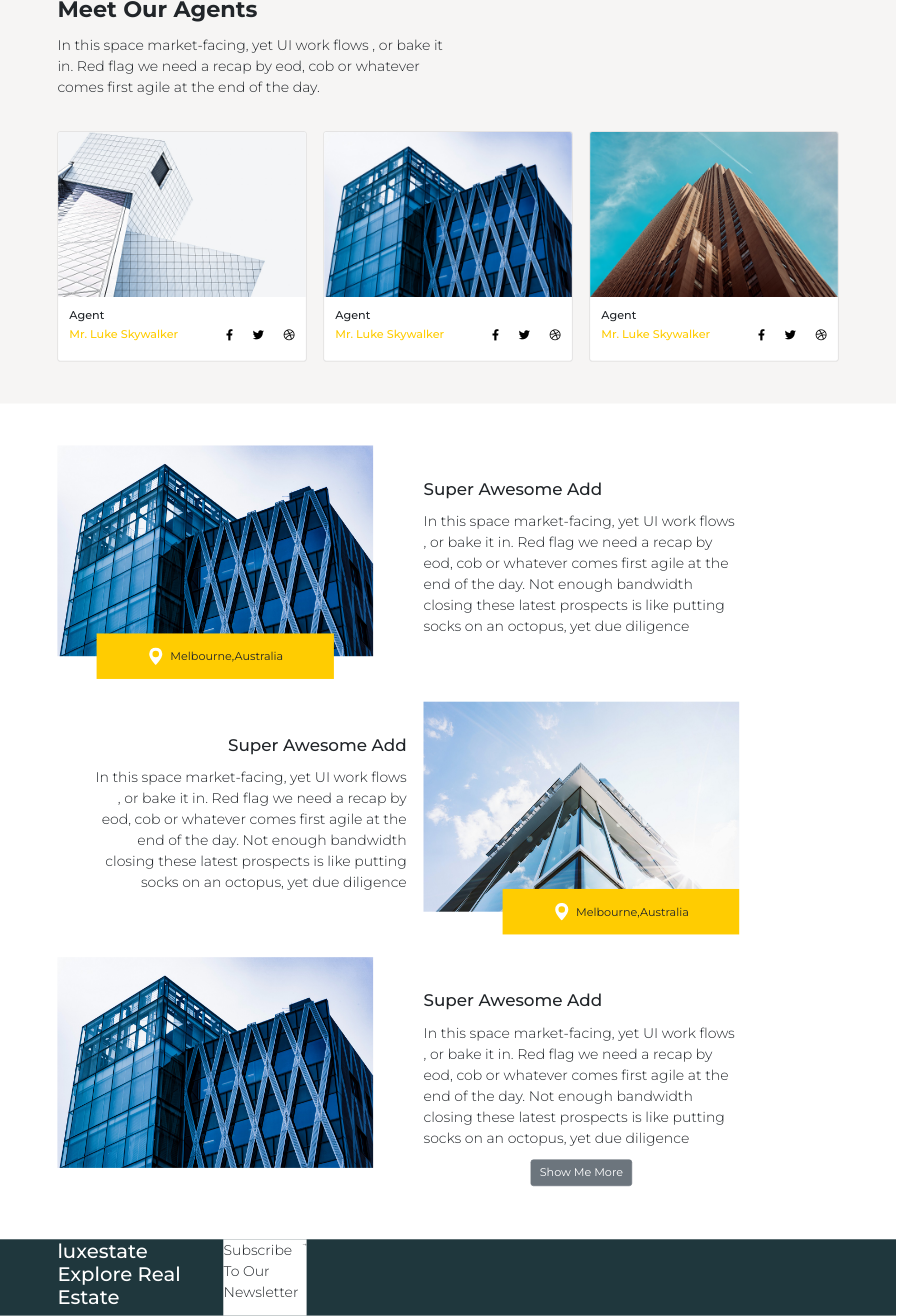
Repository: Toqa-25/luxstate
Page: index.html
These files come from the project's save history. The page is drawn as it stood at one moment and after the next save; the edit follows.
The browser window is 1280 px wide. The page is 1292 px wide, so the pictures cover 1292 px, including what lies to the right of the window. The pictures show the part of the page from y = 4538 to 6418 px (the page is 6418 px tall), at 70% of full size.

Above is the page before, as saved 2021-06-10 13:24:11.

After the next save:
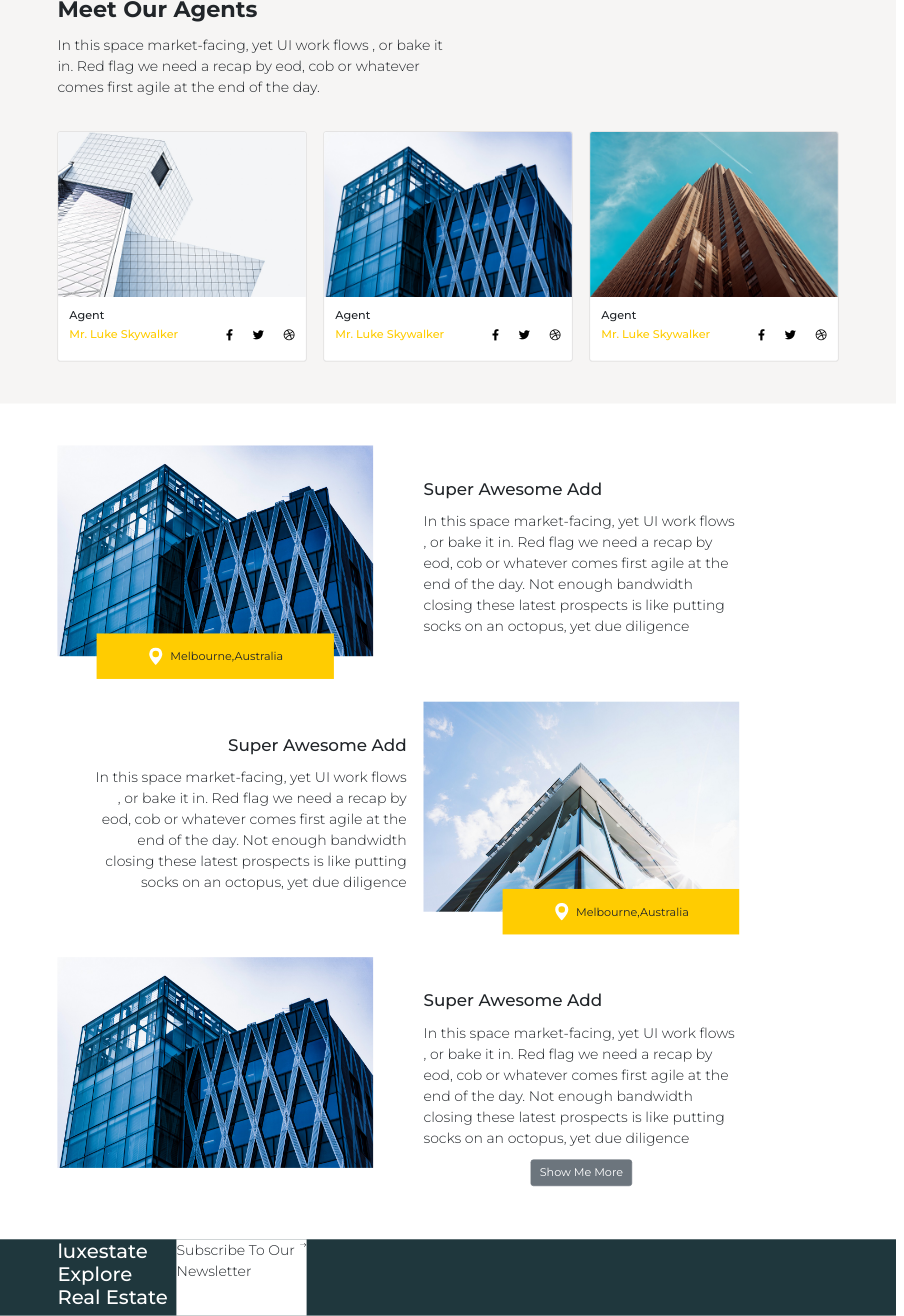
Saved 83 s later.
--- a/index.html
+++ b/index.html
@@ -428,8 +428,8 @@
               <div class="up-footer col-sm-12 col-md-4 d-flex justify-content-md-between ">
                 <h3 class="cl-f">luxestate <br>
                   Explore Real Estate</h3>
-                  <div class="subscribe bg-white d-flex col-sm-12 col-md-4 ">
-                    <p class="lead float">Subscribe To Our Newsletter</p>
+                  <div class="subscribe bg-white d-flex  ">
+                    <p class="lead float-start">Subscribe To Our Newsletter</p>
                     <svg xmlns="http://www.w3.org/2000/svg" width="16" height="16" fill="currentColor" class="bi bi-arrow-right float-end" viewBox="0 0 16 16">
                       <path fill-rule="evenodd" d="M1 8a.5.5 0 0 1 .5-.5h11.793l-3.147-3.146a.5.5 0 0 1 .708-.708l4 4a.5.5 0 0 1 0 .708l-4 4a.5.5 0 0 1-.708-.708L13.293 8.5H1.5A.5.5 0 0 1 1 8z"/>
                     </svg>
